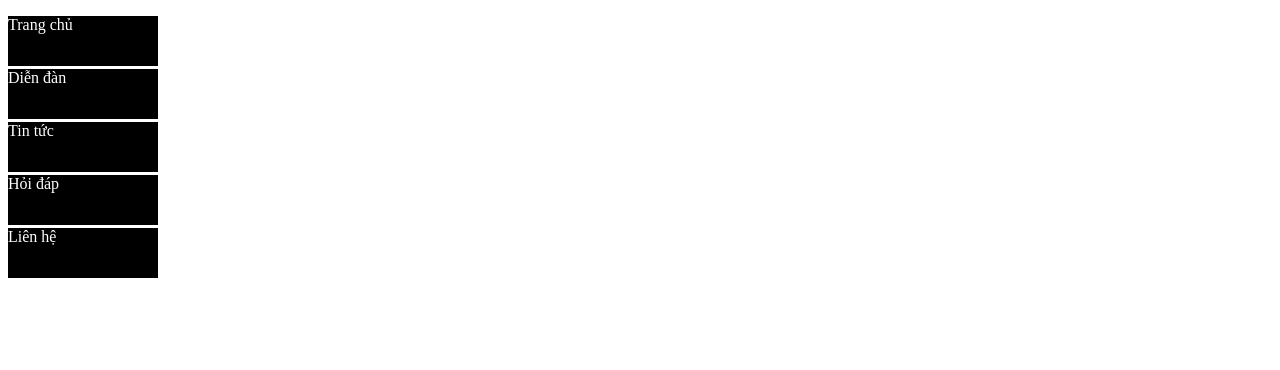
Repository: Tan-Khang21/TH_TKW--Buoi_08
Page: Bai_Tap_Tren_Lop/Bai_02/Bai_02.html
The author's editor kept a copy of each file at every save. The page is drawn from the files as they stood at one save, then again after the next save.
The browser window is 1280 px wide. The pictures show the whole page.

Above is the page before, as saved 2024-03-13 14:12:04.

After the next save:
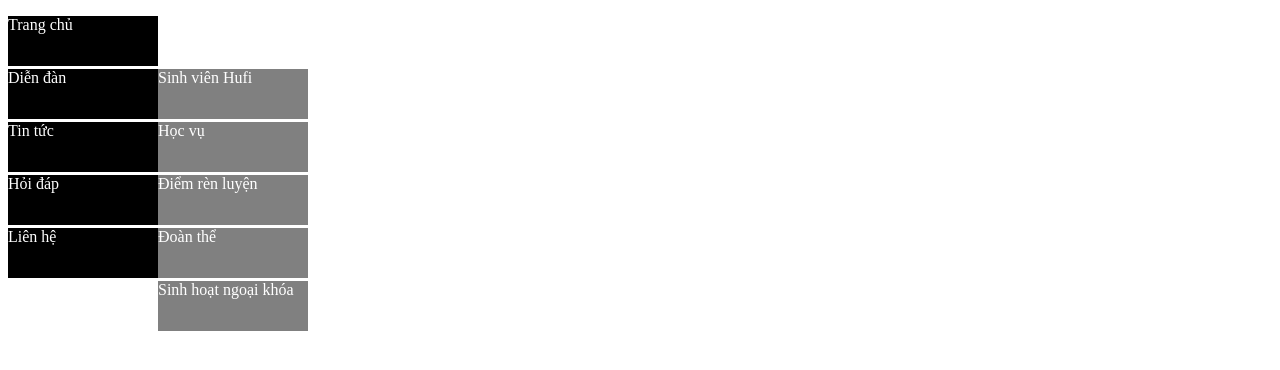
Saved 68 s later.
--- a/Bai_Tap_Tren_Lop/Bai_02/style.css
+++ b/Bai_Tap_Tren_Lop/Bai_02/style.css
@@ -22,14 +22,14 @@
   background-color: #808080;
   color: white;
   transition: 0.5s linear; /* Sửa đổi đơn vị thời gian */
-  visibility: hidden;
+  /* visibility: hidden; */
   border-bottom: 3px solid #fff;
 }
 
-.list1_item:hover + ul .list2_item,
+/* .list1_item:hover + ul .list2_item,
 .list2_item:hover + ul .list3_item {
   visibility: visible;
-}
+} */
 .list2_item ~ .list3 {
   display: none;
 }

After the 2 saves that followed:
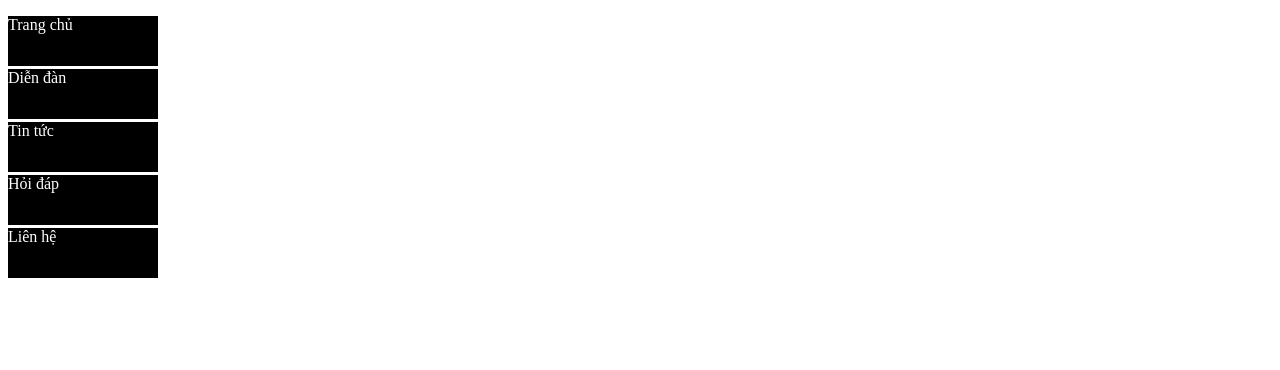
The 2 saves are shown as one change because 1 left the picture as it was.
The last was saved 52 s later.
--- a/Bai_Tap_Tren_Lop/Bai_02/style.css
+++ b/Bai_Tap_Tren_Lop/Bai_02/style.css
@@ -23,13 +23,15 @@
   color: white;
   transition: 0.5s linear; /* Sửa đổi đơn vị thời gian */
   /* visibility: hidden; */
+  display: none;
   border-bottom: 3px solid #fff;
 }
 
-/* .list1_item:hover + ul .list2_item,
+.list1_item:hover + ul .list2_item,
 .list2_item:hover + ul .list3_item {
-  visibility: visible;
-} */
+  /* visibility: visible; */
+  display: block;
+}
 .list2_item ~ .list3 {
   display: none;
 }
